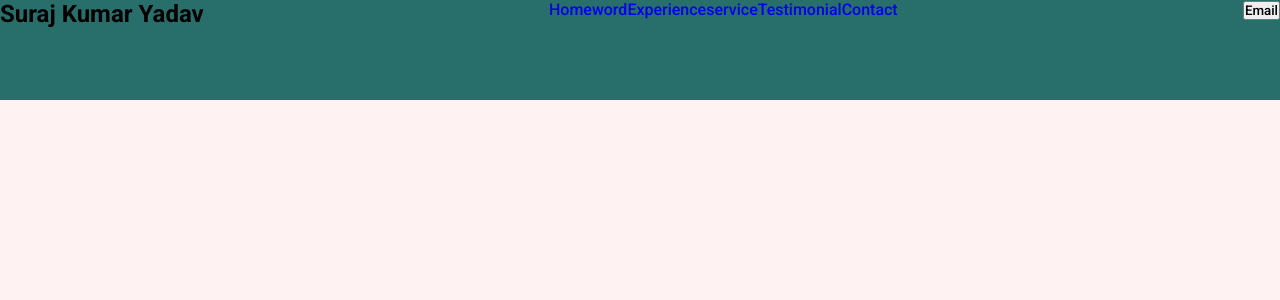
Repository: suraj-yadav7/portfolio-reactjs
Page: /
The author's editor kept a copy of each file at every save. The page is drawn from the files as they stood at one save, then again after the next save.
The browser window is 1280 px wide. The pictures show the whole page.
The project was rebuilt for these pictures with package versions that can differ from the ones it lists, and the page was loaded fresh each time.

Above is the page before, as saved 2023-04-01 22:41:45.

### src/index.js
import React from 'react';
import ReactDOM from 'react-dom/client';
import App from './App';
import './styles/app.scss'

const root = ReactDOM.createRoot(document.getElementById('root'));
root.render(
  <React.StrictMode>
    <App />
  </React.StrictMode>
);

### src/App.js
import Header from "./components/Header";


function App() {
  return (
    <>
      <Header/>

    </>
  );
}

export default App;

### src/styles/app.scss
@import url('https://fonts.googleapis.com/css2?family=Open+Sans:wght@300;400;500&family=Roboto:ital,wght@0,300;0,500;0,700;1,700&display=swap');

@import "statics";
@import "header";  //the statice values are available to header bcz statics is "import" above ii

*{
    margin:0;
    padding:0;
    box-sizing: border-box;
    font-family: $text1;
    scroll-behavior: smooth;
}
a{
    text-decoration: none;
}

body{
    background-color: $color1;
    overflow-x: hidden;
}

.disableBtn {
    background-color: rgb(237,237,237);
    cursor: not-allowed;
}

### src/components/Header.jsx
import React from "react"

const Header = ()=>{
    return(
        <nav>
            <NavContent/>
        </nav>
    )
};

const NavContent = () =>{
    return(

        <>
        <h2>Suraj Kumar Yadav</h2>
        <div>
            <a href="#home">Home</a>
            <a href="#word">word</a>
            <a href="#timeline">Experience</a>
            <a href="#service">service</a>
            <a href="#testimonial">Testimonial</a>
            <a href="#Contact">Contact</a>
        </div>
        <a href="mailto: official.surajkumar@gmail.com">
            <button>Email</button>
        </a>
        </>
        )

}


export default Header;

### src/styles/statics.scss
$text1:"Roboto", sans-serif;
$text2:"Open sans", sans-serif;

$color1: #fef2f2;
$color2: #286f6c;
$color2_1: #174340;
$color3: #f26440;
$color3_light: rgb(249 141 141);
$color4: #fff;
$color5: #292b46;
$color6: #161616;
$color6_1: #16161698;
$color6_2: #16161622;


$p: 13.33vmax;
$p_md: 7vmax;
$p_base: 5vmax;
$p_base_INVERSE: 10vmax 15vmax;
$p_sm: 2vmax;
$p_sm_inverse: 13vmax 0;
$p_zero: 0;

### src/styles/header.scss


nav{
    width:100%;
    height:100px;
    background-color: $color2;
    display: flex;
    justify-content: space-between;
}

Loaded but not shown: public/index.html (common file)

After the next save:
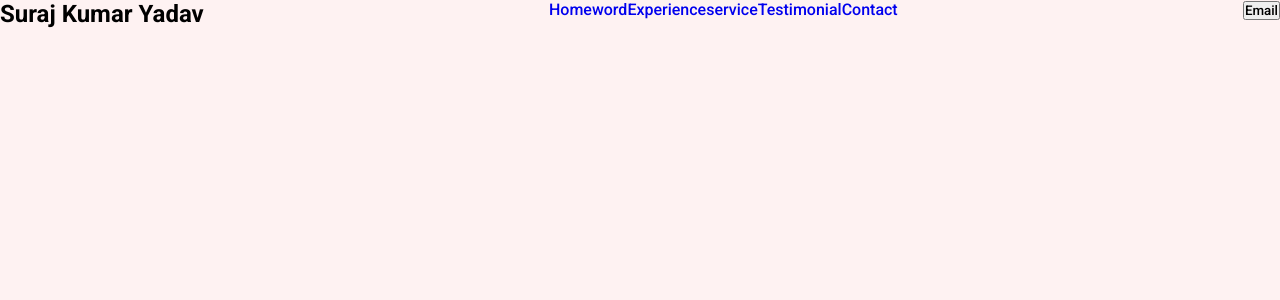
Saved 10 s later.
--- a/src/styles/header.scss
+++ b/src/styles/header.scss
@@ -3,7 +3,7 @@
 nav{
     width:100%;
     height:100px;
-    background-color: $color2;
+    background-color: $color1;
     display: flex;
     justify-content: space-between;
 }
